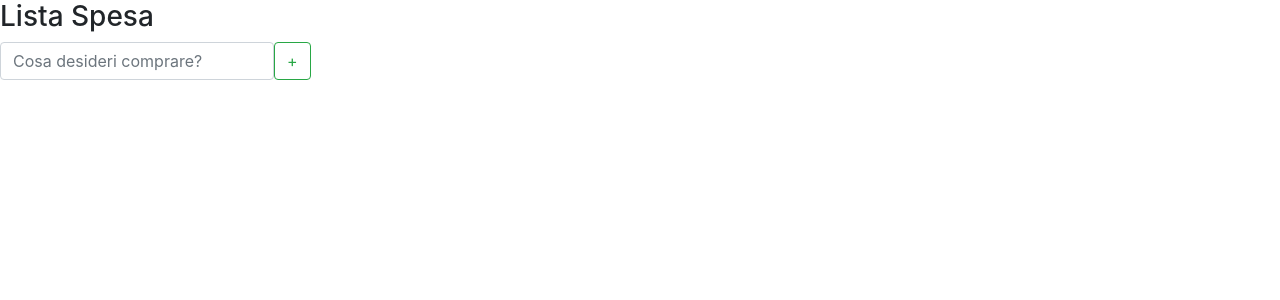
Repository: andreadipilato/TodoList
Page: /
An editor plug-in stored every save of this project. The page is shown before and after the next save, followed by the edit.
The browser window is 1280 px wide. The pictures show the whole page.
The project was rebuilt for these pictures with package versions that can differ from the ones it lists, and the page was loaded fresh each time. Also part of the build but not shown: src/App.css.

Above is the page before, as saved 2020-12-04 15:41:27.

### public/index.html
<!DOCTYPE html>
<html lang="en">
  <head>
    <meta charset="utf-8" />
    <link rel="stylesheet" href="https://maxcdn.bootstrapcdn.com/bootstrap/4.0.0/css/bootstrap.min.css" integrity="sha384-Gn5384xqQ1aoWXA+058RXPxPg6fy4IWvTNh0E263XmFcJlSAwiGgFAW/dAiS6JXm" crossorigin="anonymous">
    <link rel="icon" href="%PUBLIC_URL%/favicon.ico" />
    <meta name="viewport" content="width=device-width, initial-scale=1" />
    <meta name="theme-color" content="#000000" />
    <meta
      name="description"
      content="Web site created using create-react-app"
    />
    <link rel="apple-touch-icon" href="%PUBLIC_URL%/logo192.png" />
    <!--
      manifest.json provides metadata used when your web app is installed on a
      user's mobile device or desktop. See https://developers.google.com/web/fundamentals/web-app-manifest/
    -->
    <link rel="manifest" href="%PUBLIC_URL%/manifest.json" />
    <!--
      Notice the use of %PUBLIC_URL% in the tags above.
      It will be replaced with the URL of the `public` folder during the build.
      Only files inside the `public` folder can be referenced from the HTML.

      Unlike "/favicon.ico" or "favicon.ico", "%PUBLIC_URL%/favicon.ico" will
      work correctly both with client-side routing and a non-root public URL.
      Learn how to configure a non-root public URL by running `npm run build`.
    -->
    <title>Lista Spesa</title>
  </head>
  <body>
    <noscript>You need to enable JavaScript to run this app.</noscript>
    <div id="root"></div>
    <!--
      This HTML file is a template.
      If you open it directly in the browser, you will see an empty page.

      You can add webfonts, meta tags, or analytics to this file.
      The build step will place the bundled scripts into the <body> tag.

      To begin the development, run `npm start` or `yarn start`.
      To create a production bundle, use `npm run build` or `yarn build`.
    -->

  </body>
</html>

### src/App.js
import logo from './logo.svg';
import './App.css';
import Cerca from './Cerca.js';

function App() {
  return (
    <div className="App">
      <header className="App-header">
        <h3>Lista Spesa</h3>
        <Cerca />
      </header>
    </div>
  );
}

export default App;

### src/Cerca.js
import React, {Component} from 'react'

class Cerca extends Component {
    constructor(props) {
        super(props);
        this.state = { cerca: ""}
    }
    render() {
        return (
                <form className = "form-inline" onSubmit = {this.addElement}>
                    <input
                        className = "form-control mr-sm-6"
                        type = "text"
                        placeholder = "Cosa desideri comprare?"
                        aria-label = "Search"
                        value = {this.state.cerca}
                        //onChange = {}
                    />

                    <button className = "btn btn-outline-success my-2 my-sm-0"
                            type="submit"
                            //onFocus = {}
                    >+
                    </button>
                </form>
        )
    }
}
export default Cerca;

Loaded but not shown: src/index.js (common file); src/index.css (common file); src/reportWebVitals.js (common file)

After the next save:
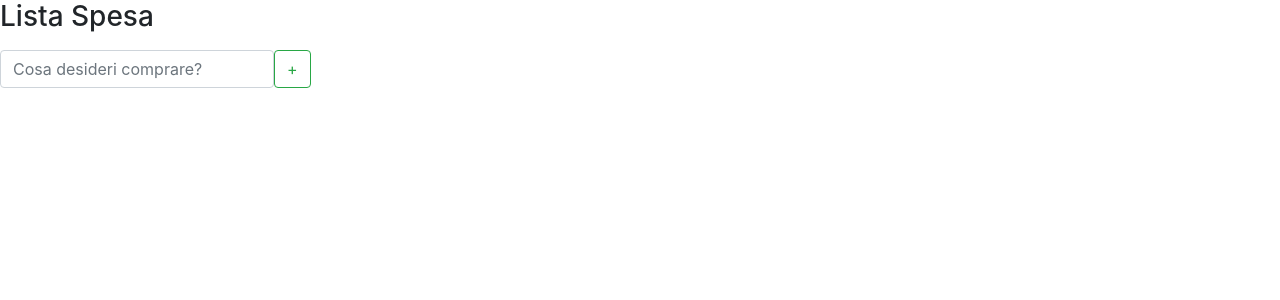
Saved 13 s later.
--- a/src/Cerca.js
+++ b/src/Cerca.js
@@ -17,7 +17,7 @@
                         //onChange = {}
                     />
 
-                    <button className = "btn btn-outline-success my-2 my-sm-0"
+                    <button className = "btn btn-outline-success my-2 my-sm-6"
                             type="submit"
                             //onFocus = {}
                     >+
